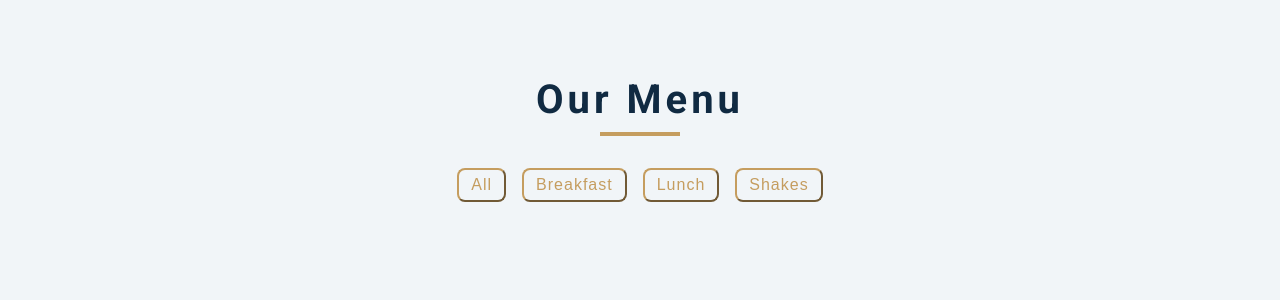
Repository: AniAntonyan/MenuFilter
Page: index.html
The author's editor kept a copy of each file at every save. The page is drawn from the files as they stood at one save, then again after the next save.
The browser window is 1280 px wide. The pictures show the whole page.
Some web libraries are served in a nearby version.

Above is the page before, as saved 2022-02-17 16:42:35.
Not found: data.js

After the next save:
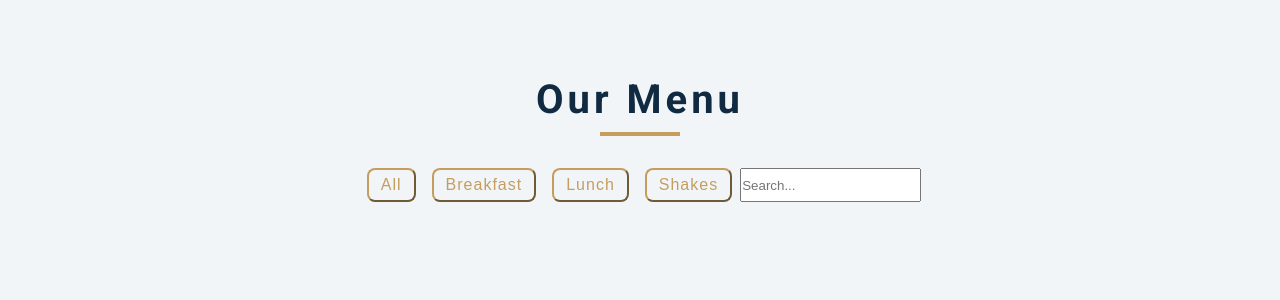
Saved 7 h 9 min later.
--- a/index.html
+++ b/index.html
@@ -29,6 +29,7 @@
           <button type="button" class="filter-btn" data-id="shakes">
             shakes
           </button>
+          <input type="search" placeholder="Search..."/>
       </div>
       <!-- menu items -->
       <div class="section-center">
